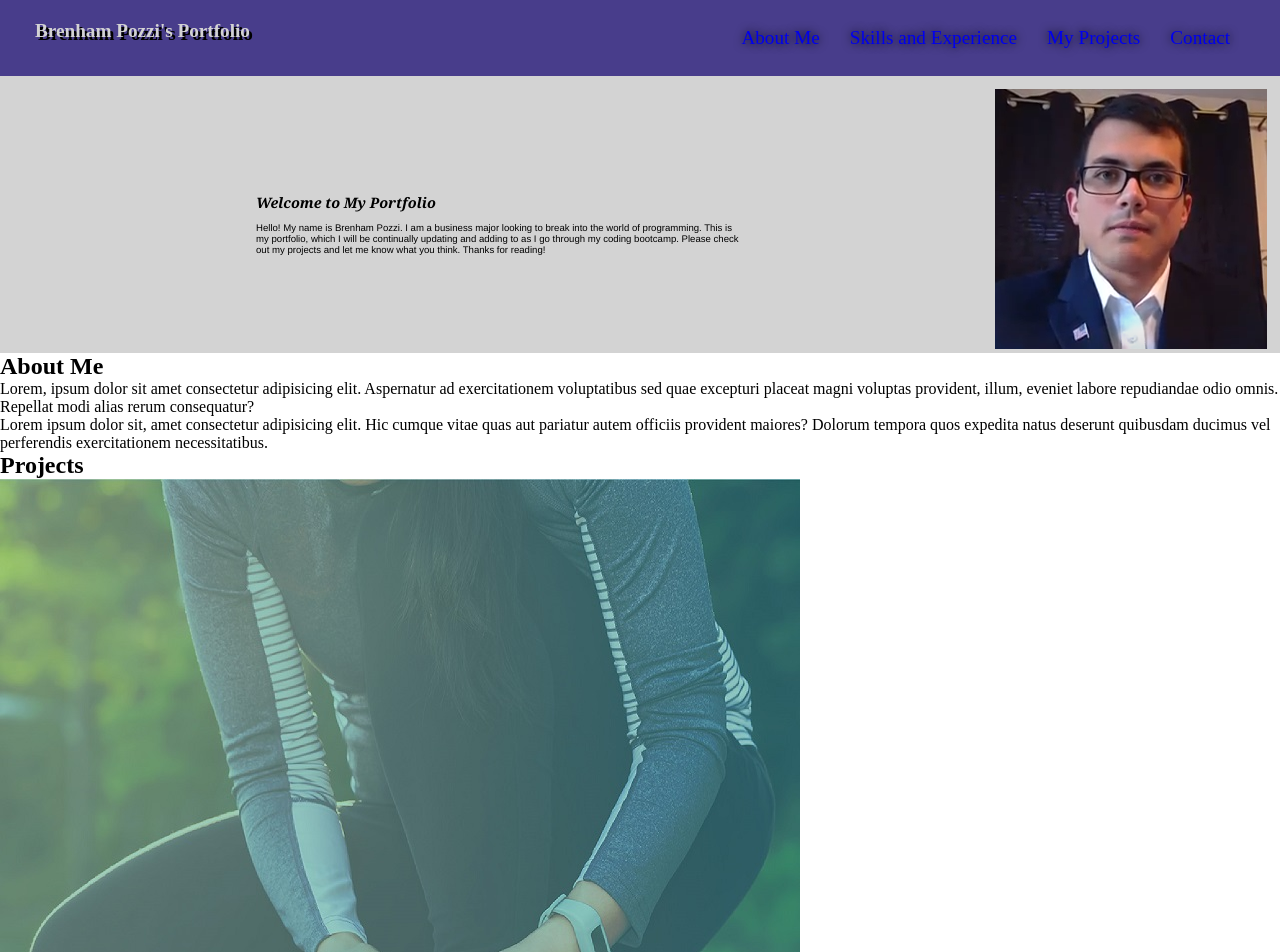
Repository: brenhamp/professional-portfolio
Page: index.html
An editor plug-in stored every save of this project. The page is shown before and after the next save, followed by the edit.
The browser window is 1280 px wide. The pictures show the part of the page from y = 0 to 952 px (the page is 2713 px tall before and 2726 px after).
A picture or video elsewhere on the page could not be fetched, so the positions and the page height are approximate.

Above is the page before, as saved 2021-11-14 19:52:51.

### index.html
<!DOCTYPE html>
<html lang="en">
  <head>
    <meta charset="UTF-8" />
    <meta name="viewport" content="width=device-width, initial-scale=1.0" />
    <link rel="stylesheet" href="./assets/css/styles.css">
    <title>Brenham Pozzi's Portfolio</title>
  </head>
  <body>
    <!-- navigation -->
    <header>
        <a id="top"></a>
      <h1>
        Brenham Pozzi's Portfolio
      </h1>
      <nav>
        <ul>
          <li>
            <a href="#about-me">About Me</a>
          </li>
          <li>
            <a href="#skills-and-experience">Skills and Experience</a>
          </li>
          <li>
            <a href="#my-projects">My Projects</a>
          </li>
          <li>
            <a href="#contact">Contact</a>
          </li>
        </ul>
      </nav>
    </header>
    <!-- end navigation -->

    <!-- hero/welcome -->
    <section class="hero">
      <div class="hero-text">
        <h2>Welcome to My Portfolio</h2>
        <p>
          Hello! My name is Brenham Pozzi. I am a business major looking to break into the world of programming. This is my portfolio, which I will be continually updating and adding to as I go through my coding bootcamp.
          Please check out my projects and let me know what you think. Thanks for reading!
        </p>
      </div>

      <div class="profile-image">
       <img src="./assets/images/profile-picture.PNG" alt="A picture of me in a business suit"/>
      </div>
    </section>
    <!-- end hero -->

    <!-- "About Me" section-->
    <section id="about-me" class="intro">
      <div class="flex-row">
        <h2 class="section-title primary-border">
          About Me
        </h2>
      </div>
      <div class="flex-row">
        <p>
          Lorem, ipsum dolor sit amet consectetur adipisicing elit. Aspernatur ad exercitationem voluptatibus sed quae excepturi placeat magni voluptas provident, illum, eveniet labore repudiandae odio omnis. Repellat modi alias rerum consequatur?
        </p>
      </div>
    </section>
    <!-- end "About Me" -->

    <!-- "Skills and Experience" section -->
    <section id="skills-and-experience" class="skills">
      <div>
          <p>
              Lorem ipsum dolor sit, amet consectetur adipisicing elit. Hic cumque vitae quas aut pariatur autem officiis provident maiores? Dolorum tempora quos expedita natus deserunt quibusdam ducimus vel perferendis exercitationem necessitatibus.
          </p>
      </div>
    </section>
    <!-- end "Skills and Experience" -->

    <!-- "Projects" section start -->
    <section id="projects">
      <div>
        <h2>
          Projects
        </h2>
      </div>

        <article>
          <img src="./assets/images/run-buddy.jpg" alt="Runner tying their shoe on a paved path" />
          <div>
            <h3><a href="http://brenhamp.github.io/run-buddy">Run Buddy</a></h3>
            <p>Lorem ipsum, dolor sit amet consectetur adipisicing elit. Sequi neque animi quo cupiditate commodi saepe culpa sed itaque velit maiores optio dolorem excepturi aperiam dolores, voluptatibus suscipit amet quis repellat!</p>
          </div>
        </article>

        <article>
          <img src="./assets/images/code-refactor.jpg" alt="Four people at a business meeting" />
          <div>
            <h3>
              <a href="http://brenhamp.github.io/code-refactor">Code Refactoring</a>
            </h3>
            <p>Lorem ipsum, dolor sit amet consectetur adipisicing elit. Sequi neque animi quo cupiditate commodi saepe culpa sed itaque velit maiores optio dolorem excepturi aperiam dolores, voluptatibus suscipit amet quis repellat!</p>
            </div>
          </article>

        <article>
          <img src="./assets/images/robot-gladiators.jpg" alt="Stock image of two robots sword-fighting" />
          <div>
            <h3>
              <a href="http://brenhamp.github.io/robot-gladiators">Robot Gladiators</a>
            </h3>
            <p>Lorem ipsum, dolor sit amet consectetur adipisicing elit. Sequi neque animi quo cupiditate commodi saepe culpa sed itaque velit maiores optio dolorem excepturi aperiam dolores, voluptatibus suscipit amet quis repellat!</p>
          </div>
        </article>

    </section>
    <!-- end "Projects" -->

    <!-- "Contact" section start -->

      <section id="contact" class="contact-section">
        <div>
          <h2>Contact Me</h2>
          <p>
            For questions, comments, or concerns, I can be reached at:
          </p>

          <address>
            4689 Giraffe Hill Drive <br/>
            Richardson, TX <br/>
            75081<br/>
            555-234-0315<br/>
            E: <a href="mailto:bpozzi@trinity.edu">bpozzi@trinity.edu</a>
          </address>
        </div>
    </section>
    <!-- end "Contact" -->

    <!-- footer -->
    <footer>
      <h2>Made by Brenham Pozzi, 2021.</h2>
      <div>
        <a href="#top">Return to Top</a><br/>
      </div>
    </footer>
    <!-- end footer -->
  </body>
</html>

### assets/css/styles.css
:root {
    --headline-font: Cambria, Cochin, Georgia, Times, 'Times New Roman', serif;
    --primary-font: 'Franklin Gothic Medium', 'Arial Narrow', Arial, sans-serif;
    --secondary-font: Helvetica, Arial, sans-serif;

    --primary-color: darkslateblue;
    --secondary-color: lightgrey;
}

* {
    box-sizing: border-box;
    margin: 0;
    padding: 0;
}

/* Header style start */
header {
    padding: 20px 35px;
    background-color: var(--primary-color);
    display: flex;
    justify-content: space-between;
    flex-wrap: wrap;
    position: -webkit-sticky;
    position: sticky;
    top: 0;
    color: var(--secondary-color);
    font: var(--primary-font);
    z-index: 9999;
  }

  header h1 {
    font-weight: bold;
    margin: 0;
    font-size: 1.5vw;
    color: var(--secondary-color);
    text-shadow: 0 0 10px rgba(0, 0, 0, 0.5);
    display: flex;
    flex: 1 1 200px;
    text-shadow: 3px 3px black;
  }

  header nav {
    margin: 7px 0;
  }

  header nav ul {
    display: flex;
    flex-wrap: wrap;
    justify-content: space-between;
    list-style: none;
    color: var(--secondary-color);
  }

  header nav ul li a {
    padding: 10px 15px;
    font-weight: lighter;
    font-size: 1.5vw;
    text-shadow: 0 0 10px black;
    text-decoration: none;
  }

  header nav ul li a:hover {
    background: var(--primary-color);
    color: var(--secondary-color);
    border-radius: 15px;
    text-shadow: none;
  }

  header nav ul li a:visited {
      color: var(--secondary-color);
  }
  /*Header style end*/

  /*Hero style start*/

.hero {
    display: flex;
    background-color: var(--secondary-color);
}
.hero-text {
    display: flex;
    flex: 1;
    flex-wrap: wrap;
    font-family: var(--secondary-font);
    text-align: left;
    font-size: .75vw;
    margin: auto 20% auto 20%;
}

.hero h2 {
    padding: 20px 0 10px 0;
    font-style: oblique;
    font-family: var(--headline-font);
}

.profile-image {
    display: block;
    margin: 1vw 1vw auto auto;
}

.projects a {
    text-decoration: none;
}

After the next save:
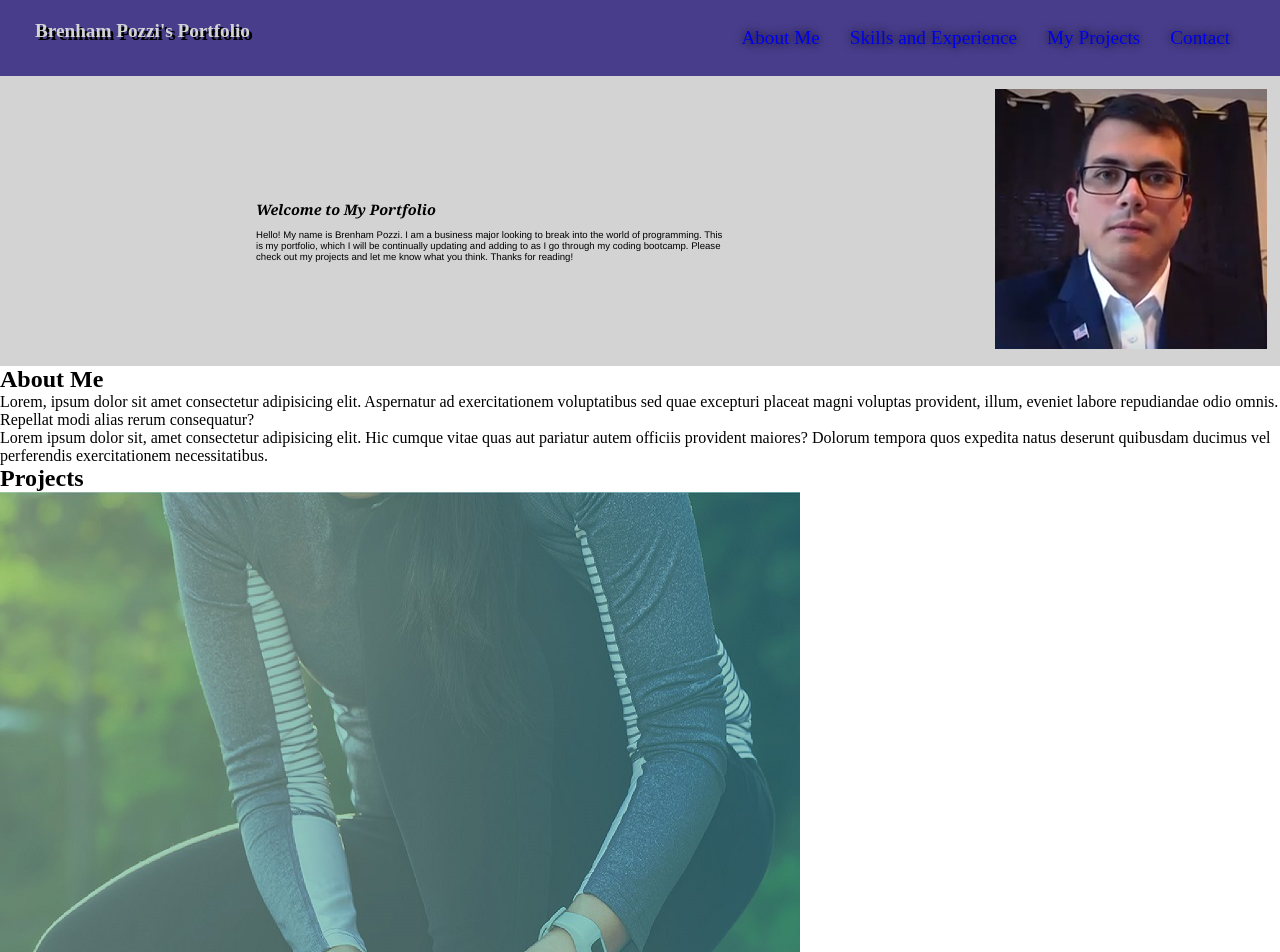
Saved 17 s later.
--- a/assets/css/styles.css
+++ b/assets/css/styles.css
@@ -95,7 +95,7 @@
 
 .profile-image {
     display: block;
-    margin: 1vw 1vw auto auto;
+    margin: 1vw;
 }
 
 .projects a {
